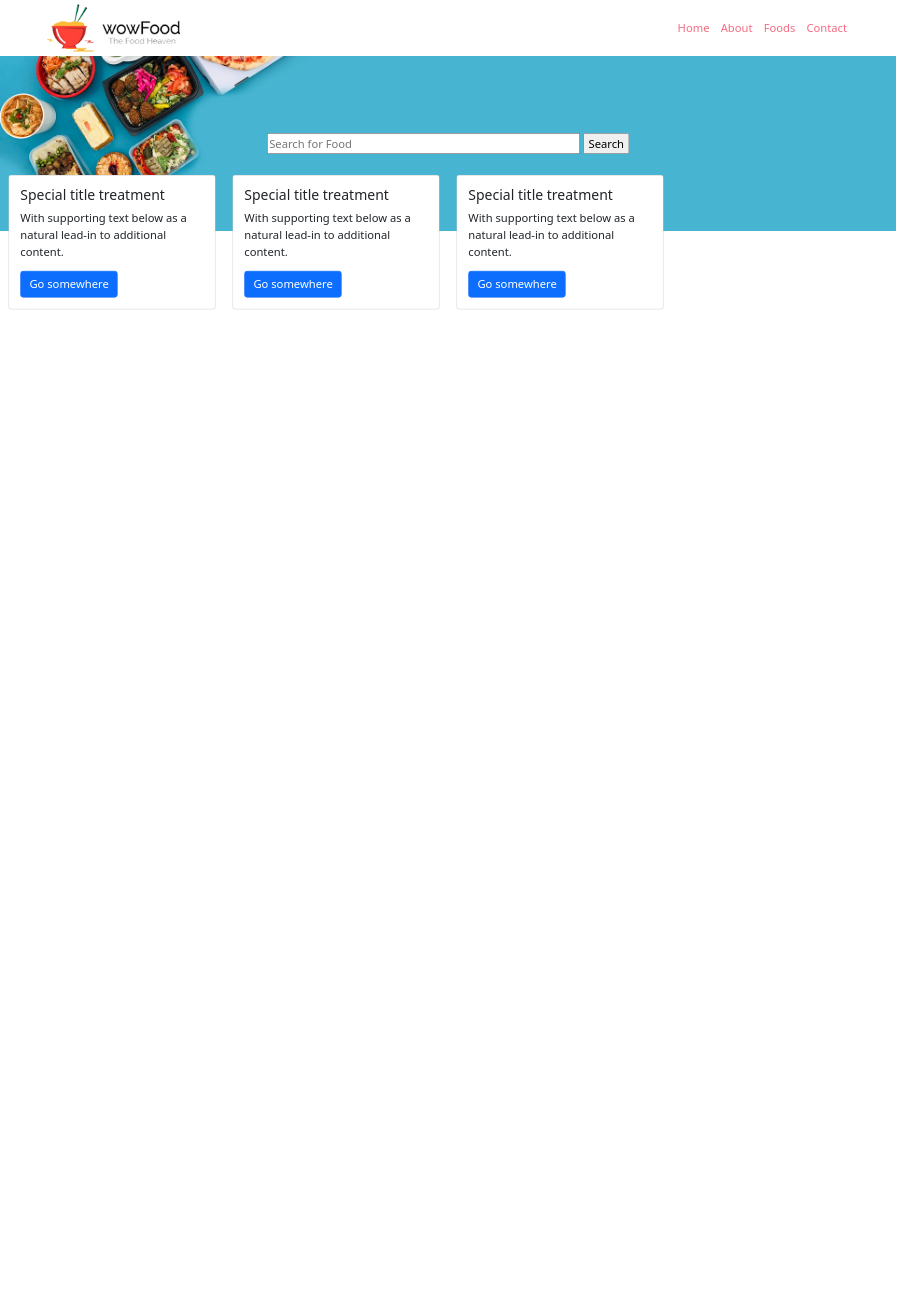
Repository: ruaruababa/RestaurantBS5
Page: html/index.html
These files come from the project's save history. The page is drawn as it stood at one moment and after a run of saves; the edit follows.
The browser window is 1280 px wide. The page is 1280 px wide, then 1292 px, so the pictures cover 1292 px, including what lies to the right of the window. The pictures show the part of the page from y = 0 to 1880 px (the page is 3000 px tall), at 70% of full size.

Above is the page before, as saved 2021-09-25 17:03:37.

### html/index.html
<!DOCTYPE html>
<html lang="en">

<head>
    <meta charset="UTF-8" />
    <meta http-equiv="X-UA-Compatible" content="IE=edge" />
    <meta name="viewport" content="width=device-width, initial-scale=1.0" />
    <title>Document</title>
    <link href="https://cdn.jsdelivr.net/npm/bootstrap@5.1.1/dist/css/bootstrap.min.css" rel="stylesheet"
        integrity="sha384-F3w7mX95PdgyTmZZMECAngseQB83DfGTowi0iMjiWaeVhAn4FJkqJByhZMI3AhiU" crossorigin="anonymous" />
    <link rel="stylesheet" href="https://cdn.jsdelivr.net/npm/bootstrap-icons@1.5.0/font/bootstrap-icons.css" />
    <link rel="stylesheet" href="/css/style.css">
</head>

<body>
    <nav class="navbar navbar-expand-lg navbar-light bg-light nav-fixed">
        <div class="container-fluid ">
            <a class="navbar-brand" href="#">
                <img src="/img/logo.png" alt="">
            </a>
            <button class="navbar-toggler" type="button" data-bs-toggle="collapse"
                data-bs-target="#navbarSupportedContent" aria-controls="navbarSupportedContent" aria-expanded="false"
                aria-label="Toggle navigation">
                <span class="navbar-toggler-icon"></span>
            </button>
            <div class="collapse navbar-collapse" id="navbarSupportedContent">
                <ul class="navbar-nav ">
                    <li class="nav-item">
                        <a class="nav-link active nav-link-fixed" aria-current="page" href="#">Home</a>
                    </li>
                    <li class="nav-item">
                        <a class="nav-link active nav-link-fixed" aria-current="page" href="#">About</a>
                    </li>
                    <li class="nav-item">
                        <a class="nav-link active nav-link-fixed" aria-current="page" href="#">Foods</a>
                    </li>
                    <li class="nav-item">
                        <a class="nav-link active nav-link-fixed" aria-current="page" href="#">Contact</a>
                    </li>
                </ul>
            </div>
        </div>
    </nav>

    <!-- End navbar -->

    <section>
        <div class="container-section" style=" position: relative; top: 80px;">
            <img src="/img/bg.jpg" class="img-fluid" alt="Responsive image"
                style="height:250px; width:100%; object-fit: cover;">
            <form action="" class="form-search"
                style="width: 100%; position: absolute; top: 50%; transform: translateY(-50%); text-align: center;">
                <input type="text" placeholder="Search for Food" style="width:35%">
                <input type="button" value="Search">
            </form>
        </div>
    </section>

    <!-- end section background -->

    <section>
        <div class="row" style="margin: 0 auto;">
            <div class="col-sm-3">
                <div class="card">
                    <div class="card-body">
                        <h5 class="card-title">Special title treatment</h5>
                        <p class="card-text">With supporting text below as a natural lead-in to additional content.</p>
                        <a href="#" class="btn btn-primary">Go somewhere</a>
                    </div>
                </div>
            </div>
            <div class="col-sm-3">
                <div class="card">
                    <div class="card-body">
                        <h5 class="card-title">Special title treatment</h5>
                        <p class="card-text">With supporting text below as a natural lead-in to additional content.</p>
                        <a href="#" class="btn btn-primary">Go somewhere</a>
                    </div>
                </div>
            </div>
            <div class="col-sm-3">
                <div class="card">
                    <div class="card-body">
                        <h5 class="card-title">Special title treatment</h5>
                        <p class="card-text">With supporting text below as a natural lead-in to additional content.</p>
                        <a href="#" class="btn btn-primary">Go somewhere</a>
                    </div>
                </div>
            </div>
        </div>
    </section>

    <script src="https://cdn.jsdelivr.net/npm/bootstrap@5.1.1/dist/js/bootstrap.bundle.min.js"
        integrity="sha384-/bQdsTh/da6pkI1MST/rWKFNjaCP5gBSY4sEBT38Q/9RBh9AH40zEOg7Hlq2THRZ" crossorigin="anonymous">
    </script>
</body>

</html>

### css/style.css
body{
    height: 3000px!important;
}
.nav-fixed{
    background-color: white!important;
    padding: 0 50px;
    position: fixed;
    width: 100%;
    z-index: 1;
}
.navbar-collapse{
    justify-content: end;
}
.nav-link-fixed{
    text-align: center;
    color: #f56b81!important;
}

After the next 2 saves:
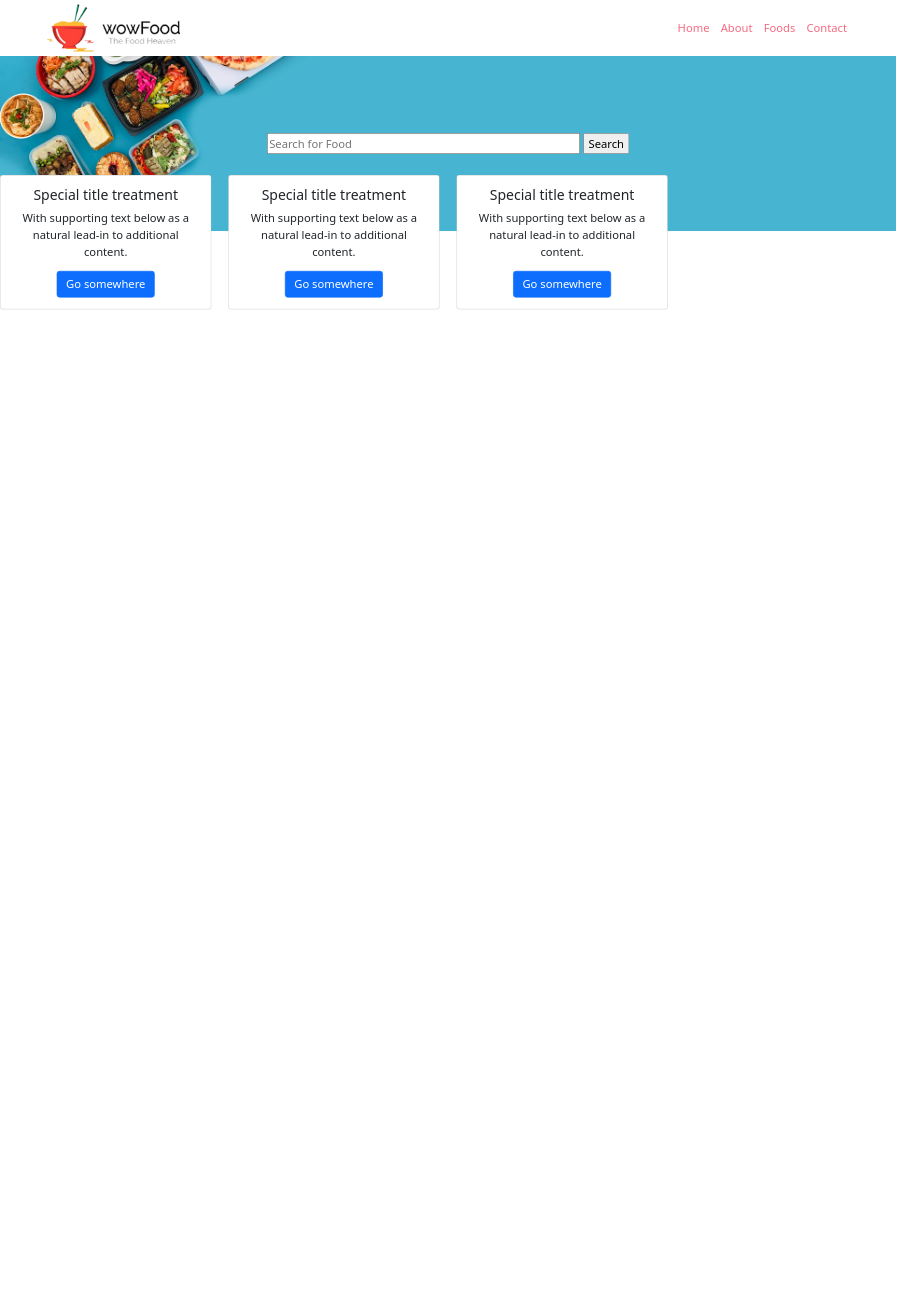
The 2 saves are shown as one change because they came seconds apart.
The last was saved 21 s later.
--- a/html/index.html
+++ b/html/index.html
@@ -59,7 +59,7 @@
     <!-- end section background -->
 
     <section>
-        <div class="row" style="margin: 0 auto;">
+        <div class="row" style="text-align: center;">
             <div class="col-sm-3">
                 <div class="card">
                     <div class="card-body">
